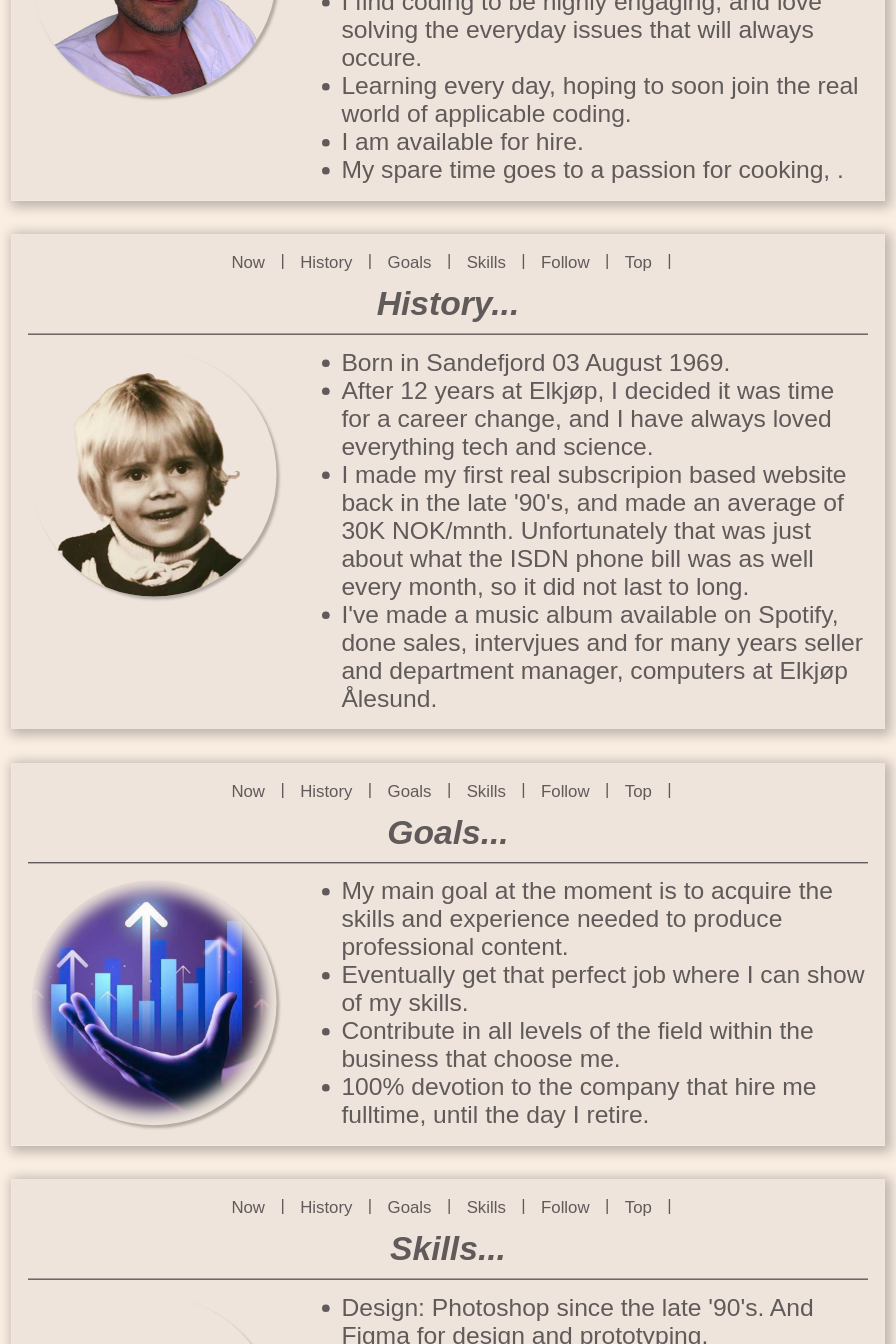
Repository: runeunhjem/portfolio1-ca
Page: about.html
These files come from the project's save history. The page is drawn as it stood at one moment and after the next save; the edit follows.
The browser window is 1280 px wide. The pictures show the part of the page from y = 749 to 2669 px (the page is 3960 px tall before and 4000 px after), at 70% of full size.
Some web fonts or font styles are not loaded; a fallback is used. The style sheet was rebuilt from its Sass, Less or Tailwind sources for each picture, by a compiler version that may differ from the author's.

Above is the page before, as saved 2023-06-07 18:41:49.

After the next save:
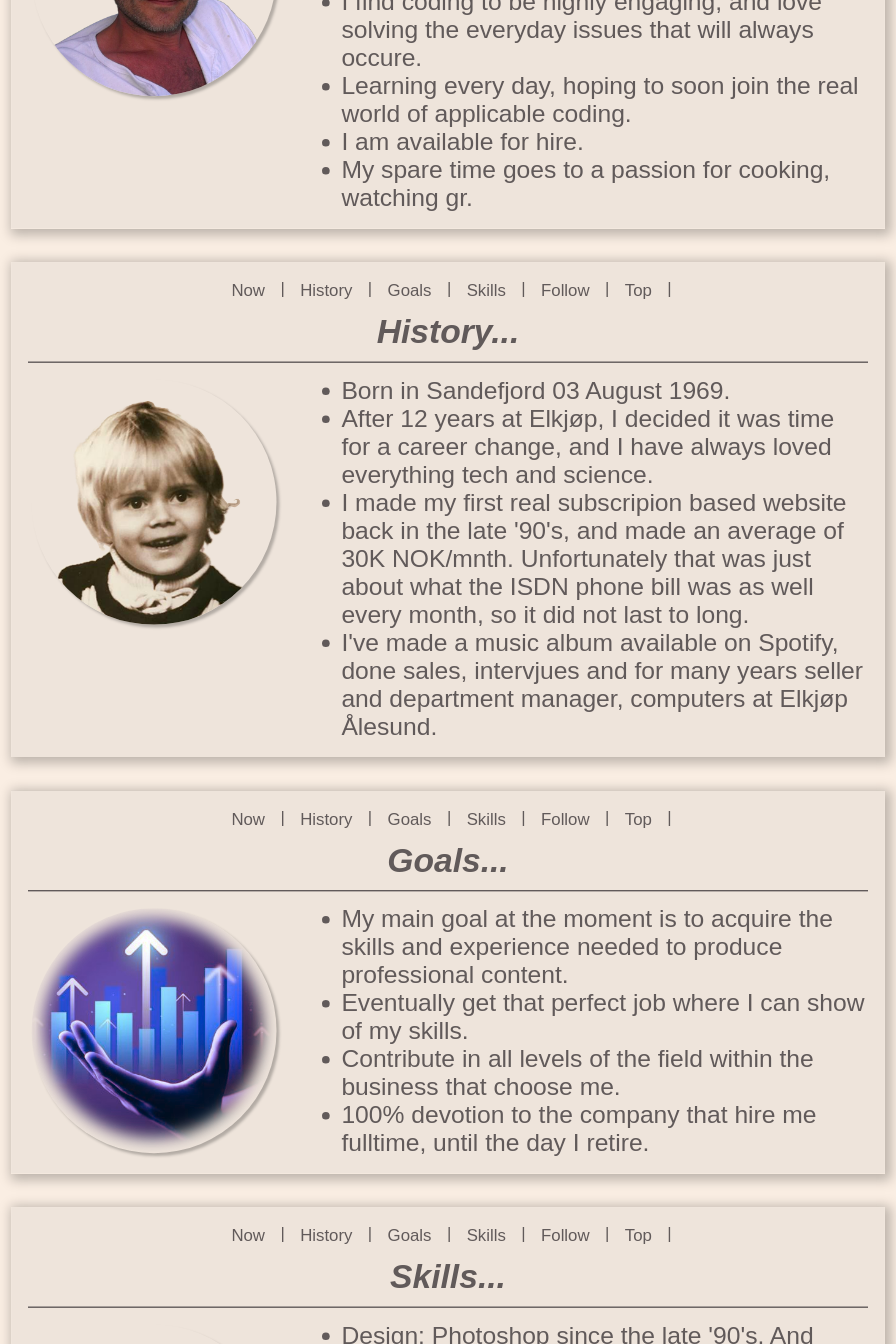
Saved 15 s later.
--- a/about.html
+++ b/about.html
@@ -54,7 +54,7 @@
               <li class="about-li">I find coding to be highly engaging, and love solving the everyday issues that will always occure.</li>
               <li class="about-li">Learning every day, hoping to soon join the real world of applicable coding.</li>
               <li class="about-li">I am available for hire.</li>
-              <li class="about-li">My spare time goes to a passion for cooking, .</li>
+              <li class="about-li">My spare time goes to a passion for cooking, watching gr.</li>
             </ul>
           </div>
         </div>
